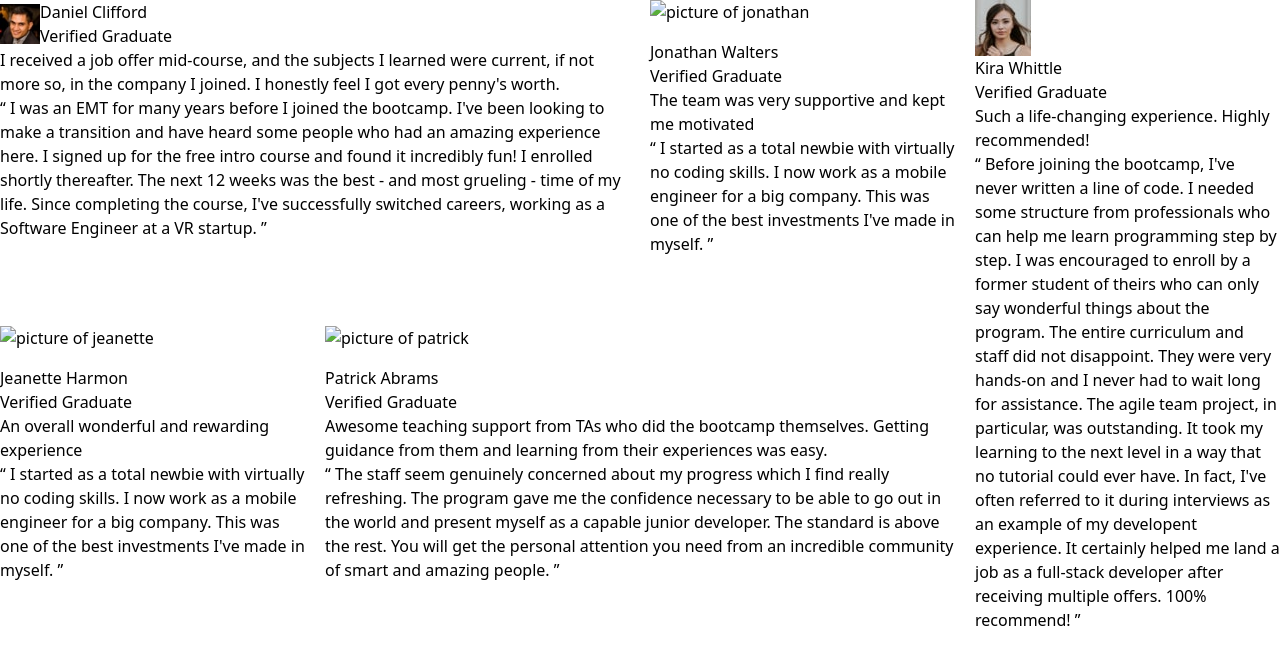
Repository: DiyBookOfLife/ps-FrontendMentor
Page: index.html
The author's editor kept a copy of each file at every save. The page is drawn from the files as they stood at one save, then again after the next save.
The browser window is 1280 px wide. The pictures show the whole page.
Some web libraries are served in a nearby version.

Above is the page before, as saved 2026-01-02 13:30:02.

After the next save:
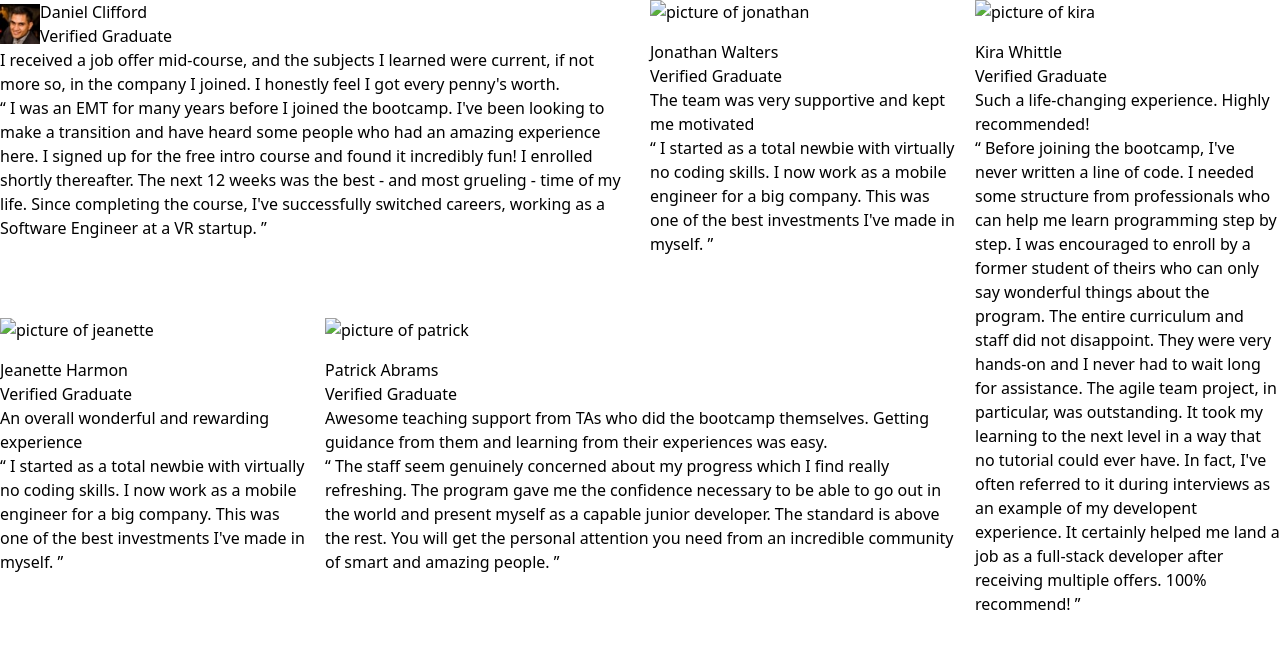
Saved 5 s later.
--- a/index.html
+++ b/index.html
@@ -111,7 +111,7 @@
 
       <div class="col-start-4 col-end-5 row-start-1 row-end-3">
         <div class="profile">
-          <img src="./images/image-kira.jpg" alt="picture of kira">
+          <img class="h-[40px] src="./images/image-kira.jpg" alt="picture of kira">
           <div>
             <div>Kira Whittle</div>
             <div>Verified Graduate</div>
